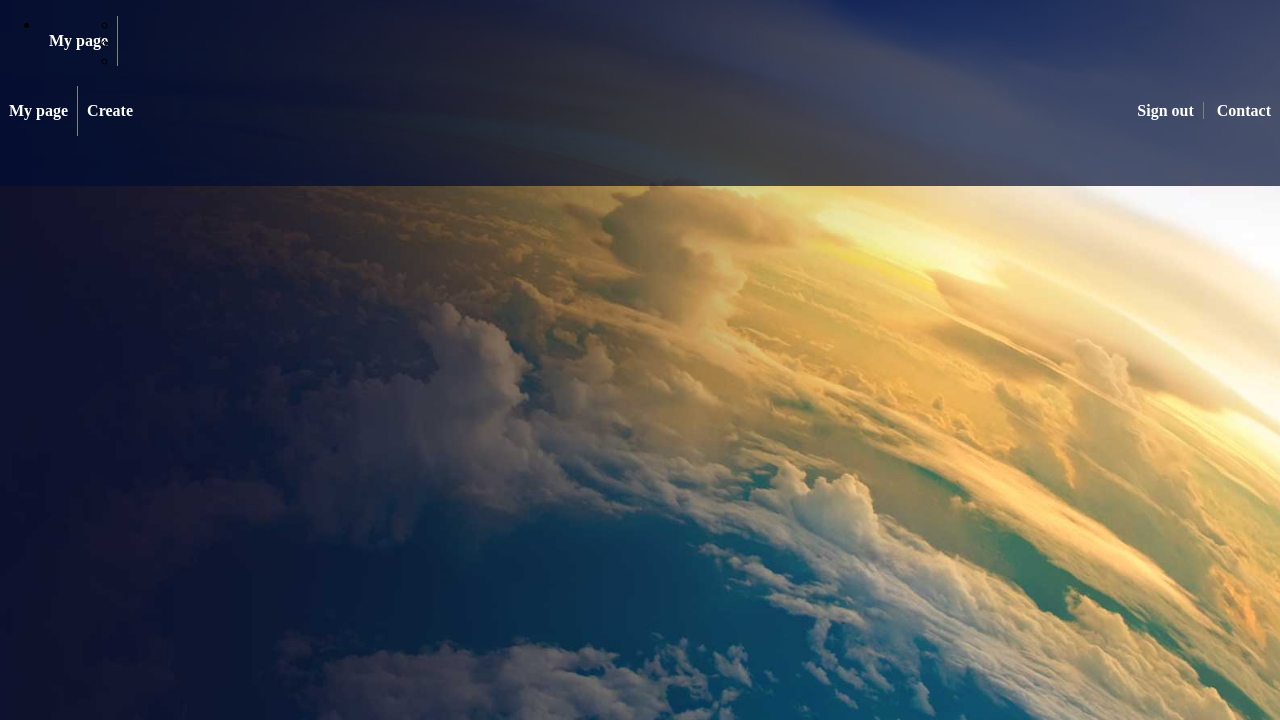
Repository: leeboseok/proposal-board
Page: http://localhost/ProposalSys/main.jsp
The author's editor kept a copy of each file at every save. The page is drawn from the files as they stood at one save, then again after the next save.
The browser window is 1280 px wide. The pictures show the whole page.
The page is served by Tomcat 9. Queries for data that is not in the repository find no rows.

Above is the page before, as saved 2024-07-31 15:03:45.

After the next save:
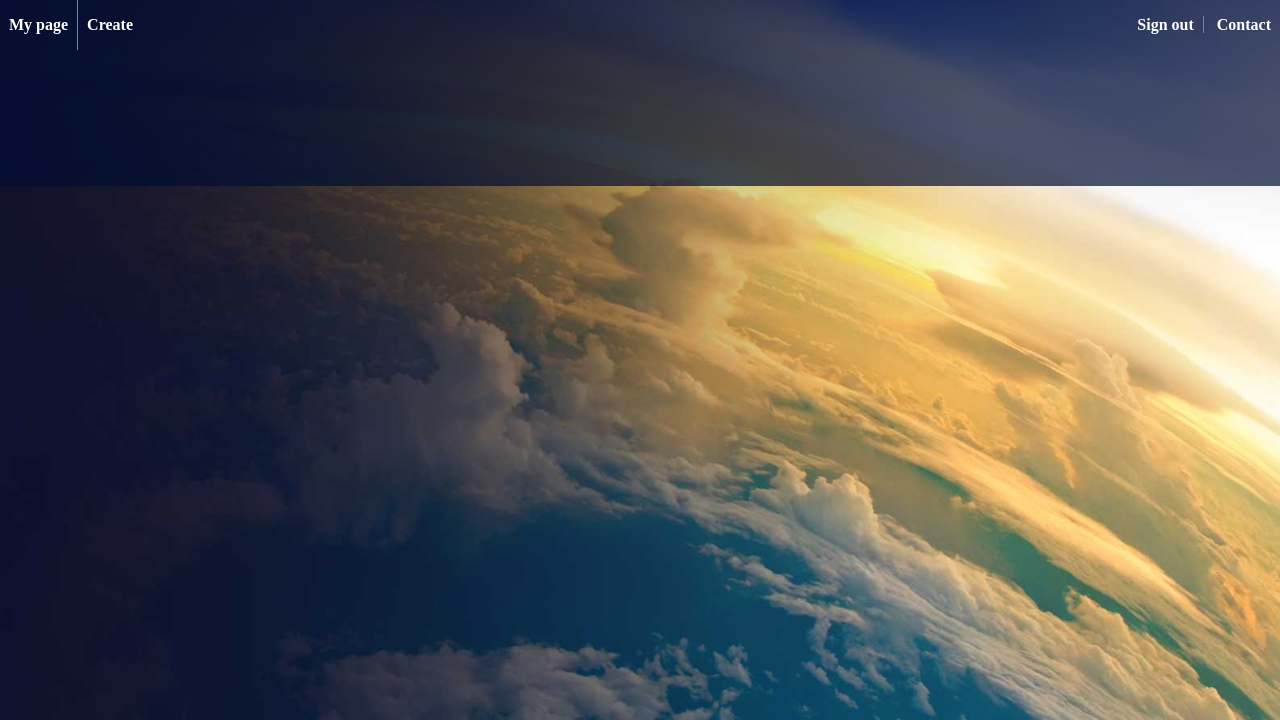
Saved 34 s later.
--- a/ProposalSys/src/main/webapp/main.jsp
+++ b/ProposalSys/src/main/webapp/main.jsp
@@ -29,16 +29,6 @@
 								<%
 							}else
 						%>
-						<ul>
-							<li><a href="mypage.jsp">My page</a>
-								<ul>
-									<li><a href="personalinfo.jsp"></a></li>
-									<li><a href="mycreations.jsp"></a></li>
-									<li><a href="messages.jsp"></a></li>
-								</ul>
-							</li>
-						</ul>
-
 						<a href="mypage.jsp">My page</a>
 						<a href="create.jsp">Create</a>
 					</div>
